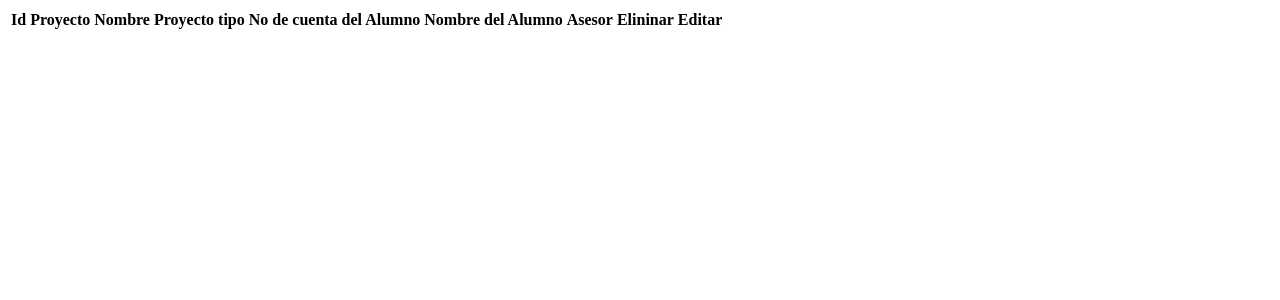
Repository: luisdj01/proyecto-intgegrador
Page: http://localhost/php/mostrarTrabajosTodos.php
These files come from the project's save history. The page is drawn as it stood at one moment and after the next save; the edit follows.
The browser window is 1280 px wide. The pictures show the whole page.
The page is run by PHP 8.4 with error messages shown; the project is at /var/www/html/. Queries for data that is not in the repository find no rows.

Above is the page before, as saved 2022-11-08 20:48:55.
Console error: ReferenceError: $ is not defined

### tessfp/php/mostrarTrabajosTodos.php
<?php
//Mostrar los datos almacenados en la tabla fuente
    include "conexion.php";
    $consultaSQL="Select trabajos.id_proyecto, trabajos.Nombre_proyecto, trabajos.Tipo, trabajos.no_cuenta_alumno,
    alumno.Nombre,alumno.Apellido_Paterno,alumno.Apellido_Materno,
    asesor.Nombre, asesor.Apellido_paterno, asesor.Apellido_materno
    FROM trabajos
    JOIN alumno ON trabajos.no_cuenta_alumno = alumno.No_Cuenta
    JOIN asesor ON trabajos.clave_asesor = asesor.Clave";
    //ejecutamos la consulta
    $ejecutarConsulta=$conexion->query($consultaSQL);
    //recoge las variables de una fila dentro de un array
    //y los almacena en un variable cada fila
?>
<script type="text/javascript">
    $(document).ready(function(){
        $("#tablaTrabajos").DataTable();
    });
</script>
<?php
echo "<table id='tablaTrabajos'><thead><th>Id Proyecto</th><th>Nombre Proyecto</th><th>tipo</th>
<th>No de cuenta del Alumno</th><th>Nombre del Alumno</th><th>Asesor</th><th>Elininar</th><th>Editar</th></thead>";
while($fila=$ejecutarConsulta->fetch_array()){
    //mostrar cada fila del array
    echo "<tr>";
    echo "<td>".$fila[0]."</td><td>".$fila[1]."</td>
    <td>".$fila[2]."</td><td>".$fila[3]."</td><td>".$fila[4]." ".$fila[5]." ".$fila[6]."</td>
    <td>".$fila[7]." ".$fila[8]." ".$fila[9]."</td><td>
    <p class='btn btn-primary' data-toggle='modal' data-target='#ModalEditarTrabajo' onclick=editarTrabajo(".$fila[0].")>
    <i class='far fa-edit '></i>Actualizar</p></td>";
}
echo "</table>";
?>

### tessfp/php/conexion.php
<?php
// Definir los datos para la conexión
    $server="localhost";
    $user="root";
    $password="";
    $bd="repo";
    $conexion=new mysqli($server,$user,$password,$bd) or die ("Error al conectarse con la base de datos".$mysqli->error);
    $conexion->set_charset("utf8");
?>

After the next save:
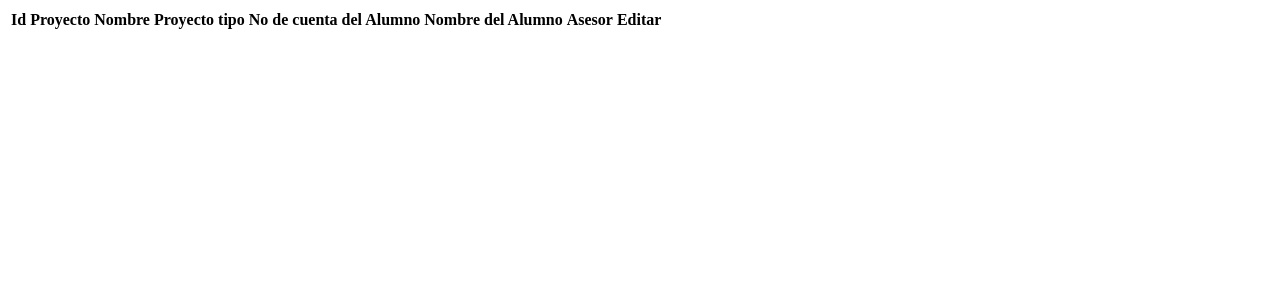
Saved 7 s later.
--- a/tessfp/php/mostrarTrabajosTodos.php
+++ b/tessfp/php/mostrarTrabajosTodos.php
@@ -19,7 +19,7 @@
 </script>
 <?php
 echo "<table id='tablaTrabajos'><thead><th>Id Proyecto</th><th>Nombre Proyecto</th><th>tipo</th>
-<th>No de cuenta del Alumno</th><th>Nombre del Alumno</th><th>Asesor</th><th>Elininar</th><th>Editar</th></thead>";
+<th>No de cuenta del Alumno</th><th>Nombre del Alumno</th><th>Asesor</th><th>Editar</th></thead>";
 while($fila=$ejecutarConsulta->fetch_array()){
     //mostrar cada fila del array
     echo "<tr>";
